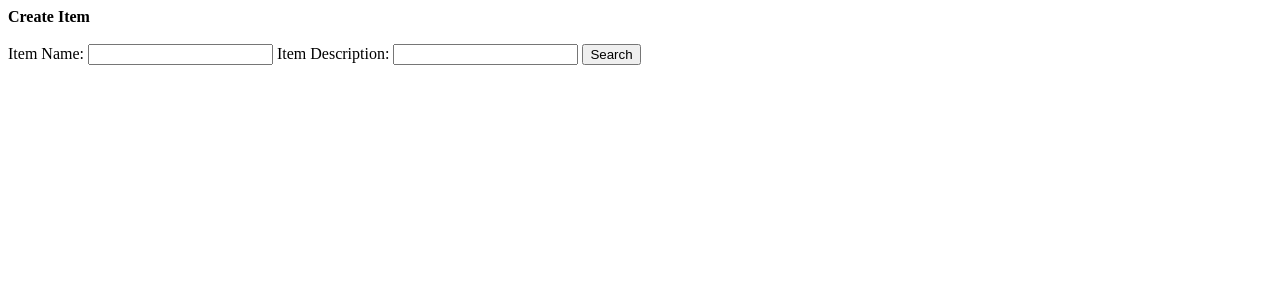
Repository: kevinfang111/417
Page: http://localhost/auction1/createItem.jsp
The author's editor kept a copy of each file at every save. The page is drawn from the files as they stood at one save, then again after the next save.
The browser window is 1280 px wide. The pictures show the whole page.
The page is served by Tomcat 9.

Above is the page before, as saved 2013-04-08 02:37:43.

After the next save:
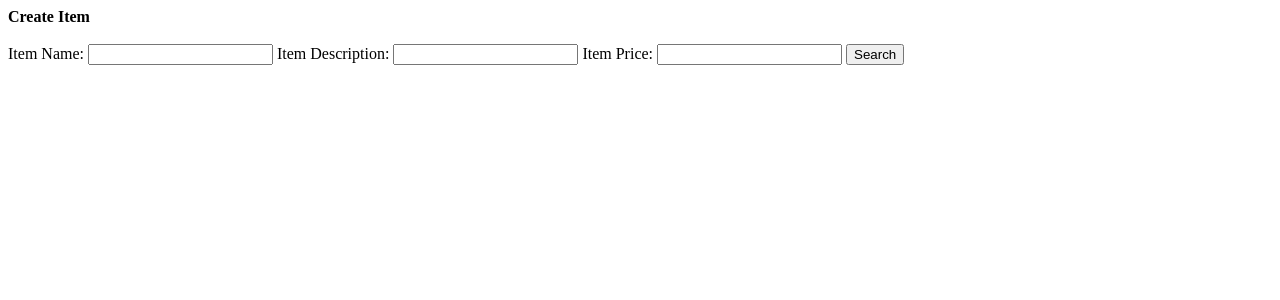
Saved 19 s later.
--- a/auction1/war/createItem.jsp
+++ b/auction1/war/createItem.jsp
@@ -9,6 +9,7 @@
 	<form action="createAuction.jsp" method="post">
 		Item Name: <input type="text" id="itemName" name="itemName"/>
 		Item Description: <input type="text" id="description" name="description"/>
+		Item Price: <input type="text" id="price" name="price"/>
 		<input type="submit" value="Search"/>
 	</form>
 
